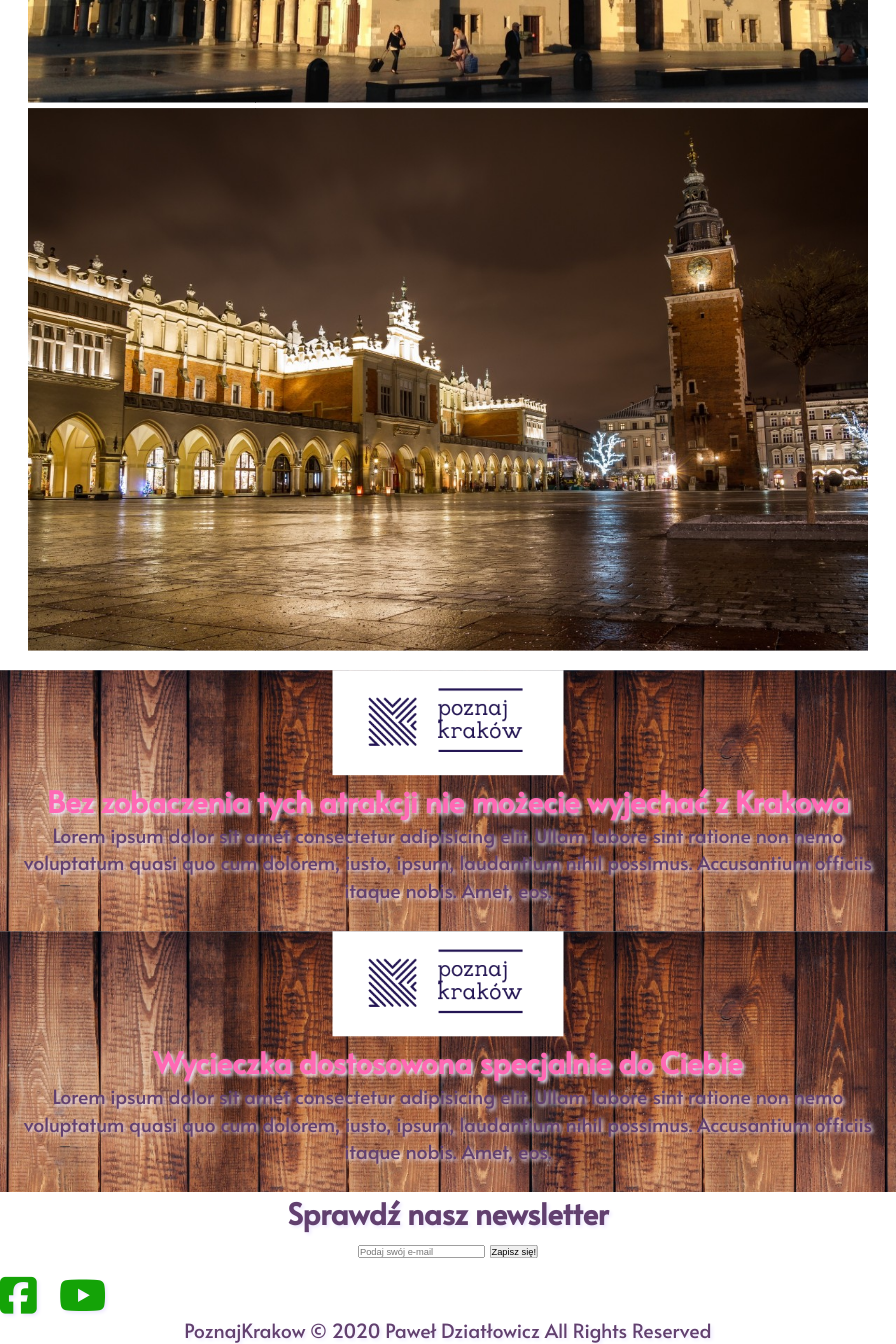
Repository: DZIALEK/projekt1
Page: projekt1.html
An editor plug-in stored every save of this project. The page is shown before and after the next save, followed by the edit.
The browser window is 1280 px wide. The pictures show the part of the page from y = 2828 to 4748 px (the page is 4748 px tall), at 70% of full size.
Some icons come from a web library that is not loaded, so they are not drawn. A picture or video elsewhere on the page could not be fetched, so the positions and the page height are approximate. Some web libraries are served in a nearby version.

Above is the page before, as saved 2020-07-15 00:47:04.

### projekt1.html
<!DOCTYPE html>
<html lang="pl=pl">
<head>
    <meta charset="UTF-8">
    <meta name="viewport" content="width=device-width, initial-scale=1.0">
    <title>Poznaj Kraków</title>
    <link rel="stylesheet" href="projekt1.css">
    <script src="https://kit.fontawesome.com/47e99c0280.js" crossorigin="anonymous"></script>
 </head>
<body>
    <header>
        <video autoplay muted loop id="video_header">
            <source src="dodatki/cracow_movie_lc.mp4">
        </video>
        <div class="logo">
            <a href="#">
                <img src="dodatki/logo_L.png" alt="Tutaj jest logo Poznaj Kraków">
            </a>
        </div>
        <div class="top">
            <h1>Poznaj Kraków</h1>
            <p>Od 1989r. skutecznie zarażamy miłością do Krakowa</p>
            <a href="#">SPRAWDŹ NAS!</a>
        </div>
        <nav>
            <ul>
                <li><a href="#">START</a></li>
                <li><a href="#">CO ZWIEDZAĆ</a></li>
                <li><a href="#">WYCIECZKI</a></li>
                <li><a href="#">CENNIK</a></li>
                <li><a href="#">O NAS</a></li>
            </ul>
        </nav>
    </header>
    <main>
        <section class="section-welcome">
            <h1 class="section-header">
               Witaj na naszej stronie !
            </h1>
            <img src="dodatki/foto3.jpg" alt="Tutaj jest zdjęcie Krakowa1">
            <img src="dodatki/foto2.jpg" alt="Tutaj jest zdjęcie Krakowa2">
        </section>
        <section class="section-welcome2">
            <img src="dodatki/foto1.jpg" alt="Tutaj jest zdjęcie Krakowa3">
            <img src="dodatki/foto4.jpg" alt="Tutaj jest zdjęcie Krakowa4">
        </section>
        <section class="section-best">
            <div class="section-best-img"></div>
            <img src="dodatki/logo_L.png" alt="">
            <h2>Bez zobaczenia tych atrakcji nie możecie wyjechać z Krakowa</h2>
            <p>Lorem ipsum dolor sit amet consectetur adipisicing elit. Ullam labore sint ratione non nemo voluptatum quasi quo cum dolorem, iusto, ipsum, laudantium nihil possimus. Accusantium officiis itaque nobis. Amet, eos.</p>
            </div>
        </section>
        <section class="section-best2">
            <div class="section-best2-img">
            <img src="dodatki/logo_L.png" alt="">
            <h2>Wycieczka dostosowona specjalnie do Ciebie</h2>
            <p>Lorem ipsum dolor sit amet consectetur adipisicing elit. Ullam labore sint ratione non nemo voluptatum quasi quo cum dolorem, iusto, ipsum, laudantium nihil possimus. Accusantium officiis itaque nobis. Amet, eos.</p>
            </div>
        </section>
    <!-- zrobić wyczieczkę typu: Krakowianie ich znienawidzili wycieczka 5dni w okół Krakowa -->
    <section class="section-newsletter">
    <div class="newsteletter-wrapper">
        <h2>Sprawdź nasz newsletter</h2>
        <form action="" method="">
            <input type="email" placeholder="Podaj swój e-mail">
            <button type="submit">Zapisz się!</button>
        </form>
    </div>
    </section>
    <div class="social-media">
        <a href="#"><i class="fab fa-facebook-square"></i></a>
        <a href="#"><i class="fab fa-youtube"></i></a>
        <a href="#"><i class="fab fa-tripadvisor"></i></a>
    </div>
    </main>

    <footer>
        PoznajKrakow &copy; 2020 Paweł Dziatłowicz All Rights Reserved
    </footer>
</body>
</html>

### projekt1.css
@import url('http://fonts.googleapis.com/css?family=Alata&subset=latin,latin-ext');

* {
    margin: 0;
    padding: 0;
    box-sizing: border-box;
}

html{
    scroll-behavior: smooth;
  }

body {
    background-color: #FFFFFF;
    color: #62406F; text-shadow: #EEE8FF 0.1em 0.1em 0.2em;
    /* CDCCCC */
    font-family: 'Alata', sans-serif;
    font-size: 28px;
    width: 100%;
}

a {
    text-decoration: none;
}

section {
    text-align: center;
}

footer {
    text-align: center;
}

img {
    max-width: 100%;
}

div {
    width: 100%;
    height: 100%;
}

#video_header {
    min-width: 100%;
    min-height: 100%;
    position: relative;
    bottom: 0;
    right: 0;
}

.logo {
    position: fixed;
    top: 10px;
    left: 85%;
    width: 100%;
}

.logo img {
    width: 120px;
}

.top h1 {
    position: absolute;
    left: 50%;
    top: 30%;
    transform: translate(-50%, -50%);
    font-size: 100px;
}

.top h1~p {
    position: absolute;
    left: 50%;
    top: 45%;
    margin-top: 20px;
    transform: translate(-50%, -50%);
    font-size: 30px;
}

.top h1~a {
    position: absolute;
    left: 50%;
    top: 55%;
    transform: translate(-50%, -50%);
    text-align: center;
    border: 2px solid #d6caf8;
    padding: 10px 15px;
    font-size: 40px;
}

nav {
    box-shadow: 1px 1px 1px 1px #352564;
}

nav ul {
    list-style-type: none;
    width: 100%;
}

nav li {
    position: relative;
    text-align: center;
}

nav a {
    transition: 0.5s;
}

nav a:hover {
    color: #c386cf;
    text-shadow: 0 0 0.1em #271B2B, 0 0 0.1em #271B2B, 0 0 0.1em #271B2B;
    /* text-shadow: #271B2B 0.1em 0.1em 0.1em; */
    /* #EEE8FF  */
}

.section-welcome {
    position: relative;
    top: 50px;
    margin-bottom: 50px;
}

.section-welcome h1 {
    margin-bottom: 60px;
    font-size: 40px;
    color: greenyellow;
     font-weight: 100;
}

.section-welcome2 {
    position: relative;
    margin: 20px auto;
}

.section-best {
    position: relative;
    margin: 0px auto;
    background-image: url(/dodatki/bg1.jpg);
    background-size: cover;
}

.section-best-img {
    width: 100%;
}


.section-best h2 {
    color: hotpink;
}

.section-best p {
    padding-bottom: 40px;
}

.section-best2 {
    position: relative;
    margin: 0px auto;
    background-image: url(/dodatki/bg1.jpg);
    background-size: cover;
}

.section-best2-img {
    width: 100%;
}


.section-best2 h2 {
    color: hotpink;
}

.section-best2 p {
    padding-bottom: 40px;
}

.social-media i {
    color: rgb(20, 163, 7);
    text-align: center;
    margin-top: 20px;
    font-size: 60px;
    transition: 2s;
    letter-spacing: 25px;
}

.social-media i:hover {
    color: #62406F;
    transform: scale(1.1,1.1);
    transition-duration: 250ms;
    transition-timing-function: ease-out;
}

After the next save:
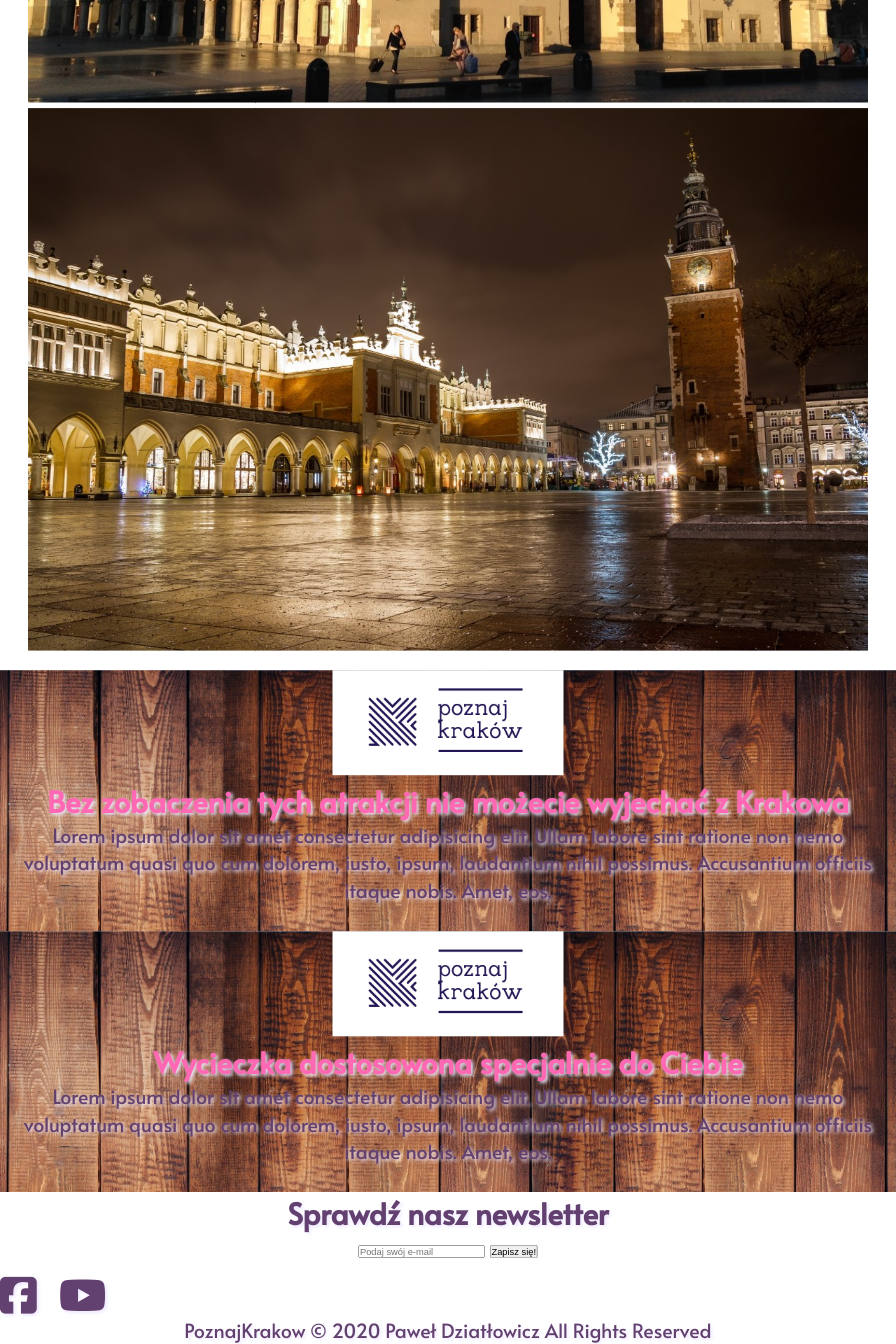
Saved 37 s later.
--- a/projekt1.css
+++ b/projekt1.css
@@ -171,7 +171,7 @@ nav a:hover {
 }
 
 .social-media i {
-    color: rgb(20, 163, 7);
+    color: #62406F;
     text-align: center;
     margin-top: 20px;
     font-size: 60px;
@@ -181,6 +181,7 @@ nav a:hover {
 
 .social-media i:hover {
     color: #62406F;
+    opacity: 0.5;
     transform: scale(1.1,1.1);
     transition-duration: 250ms;
     transition-timing-function: ease-out;
